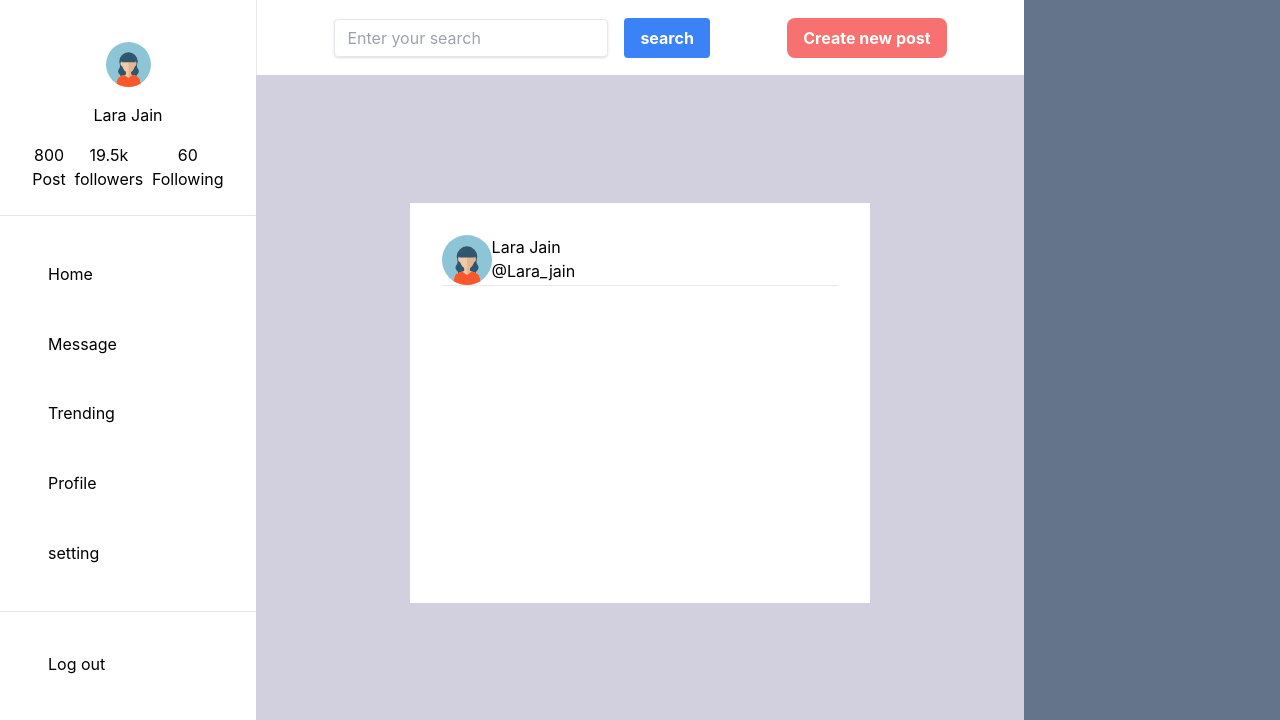
Repository: cosmicswati/upgrad-captions-project
Page: /
The author's editor kept a copy of each file at every save. The page is drawn from the files as they stood at one save, then again after the next save.
The browser window is 1280 px wide. The pictures show the whole page.
The project was rebuilt for these pictures with package versions that can differ from the ones it lists, and the page was loaded fresh each time. Also part of the build but not shown: src/modules/Authorization/Form.jsx, src/modules/Authorization/index.js.

Above is the page before, as saved 2024-04-09 15:22:08.

### src/index.css
@tailwind base;
@tailwind components;
@tailwind utilities;

body {
  margin: 0;
  font-family: -apple-system, BlinkMacSystemFont, 'Segoe UI', 'Roboto', 'Oxygen',
    'Ubuntu', 'Cantarell', 'Fira Sans', 'Droid Sans', 'Helvetica Neue',
    sans-serif;
  -webkit-font-smoothing: antialiased;
  -moz-osx-font-smoothing: grayscale;
}

code {
  font-family: source-code-pro, Menlo, Monaco, Consolas, 'Courier New',
    monospace;
}

.scrollbar-hide::-webkit-scrollbar{
  display: none;
}

### src/App.js
import Auth from "./modules/Authorization";
import Home from "./modules/Home";


function App() {
  return (
    <div>
      {/* <Auth />  */}
      <Home />
    </div>
  );
}

export default App;

### src/modules/Home/index.js
import React from 'react'
import { ReactComponent as Avatar} from '../../assets/Avatar.svg'
import Input from '../../components/Input';
import Button from '../../components/Button';

const Home = () => {
  return (
    <div className='h-screen bg-[#d2cfdf]  flex overflow-hidden'>
        <div className='w-[20%] bg-white flex flex-col'>
            <div className='h-[30%] flex justify-center items-center border-b'>
                <div className='flex flex-col justify-center items-center'>
                    <Avatar width={'45px'} height={'45px'}/>
                    <p className='my-4'>Lara Jain</p>
                    <div className='h-[30px] flex justify-around w-[200px] text-center'>
                        <div className='flex flex-col justify-around items-center'>
                            <h4>800</h4>
                            <p>Post</p>
                        </div>
                        <div>
                            <h4>19.5k</h4>
                            <p>followers</p>
                        </div>
                        <div>
                            <h4>60</h4>
                            <p>Following</p>
                        </div>
                    </div>
                </div>
            </div>
            <div className='h-[55%] flex flex-col justify-evenly pl-12 border-b'>
                    <div>Home</div>
                    <div>Message</div>
                    <div>Trending</div>
                    <div>Profile</div>
                    <div>setting</div>
            </div>
            <div className='h-[15%] pt-10'>
                <div className='ml-12 cursor-pointer'>Log out</div>
            </div>
        </div>
        <div className='w-[60%] overflow-scroll h-full scrollbar-hide'>
            <div className='bg-white h-[75px] border-l flex justify-evenly items-center pt-4'>
                 <div className='flex justify-center items-center'>
                    <Input placeholder='Enter your search '/>
                    <Button label='search'  className='mb-4 ml-4'/>
                 </div>
                 <Button label='Create new post'  className='rounded-lg bg-red-400 hover:bg-red-500 mb-4'/>
            </div>
            <div className='bg-white w-[60%] h-[400px] mx-auto mt-32 p-8'>
                <div className='border-b flex item-center'>
                    <Avatar width={'50px'} height={'50px'} />
                   <div>
                   <h3>Lara Jain</h3>
                    <p>@Lara_jain</p>
                   </div>
                </div>
            </div>
        </div>
        <div className='w-[20%] bg-slate-500'></div>
    </div>
  )
}

export default Home

### src/components/Input/index.js
import React from 'react'

const Input = ({
    name = '',
    label ='',
    type ='',
    placeholder =''
}) => {
  return (
    <div class="mb-4">
        {
          label &&
          <label class="block text-gray-700 text-sm font-bold mb-2" for={name}>
             {label}
          </label>
        }

        <input class="shadow apperance-none border rounded w-full py-2 px-3
         text-gray-700 leading-tight focus:outline-none focus:shadow-outline"
         id={name} type={type} placeholder={placeholder} />

    </div>
  )

}

export default Input

### src/components/Button/index.js
import React from 'react'

const Button = ({
    label ='',
    className =''
}) => {
  return (
    <button className={`bg-blue-500 hover:bg-blue-700 text-white font-bold py-2 px-4 rounded ${className}`}>
      {label}
  </button>
  )
}

export default Button

### tailwind.config.js
/** @type {import('tailwindcss').Config} */
module.exports = {
 mode:'jit',
 purge: [
  './public/**/*.html',
  './src/**/*.{js,jsx,ts,tsx,vue}',
 ],
  content: [
    "./src/**/*.{js,jsx,ts,tsx}",
  ],
  theme: {
    extend: {},
  },
  plugins: [],
}

Loaded but not shown: public/index.html (common file); src/index.js (common file); src/reportWebVitals.js (common file)

After the next save:
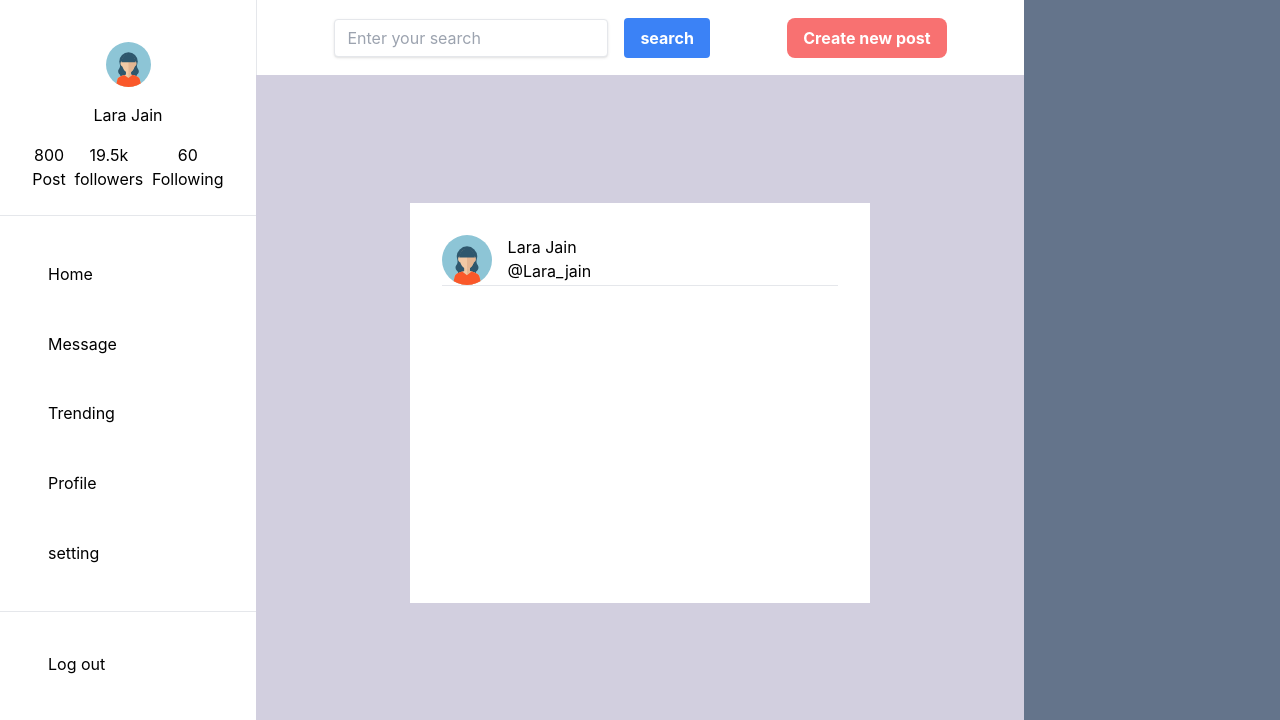
Saved 50 s later.
--- a/src/modules/Home/index.js
+++ b/src/modules/Home/index.js
@@ -49,7 +49,7 @@ const Home = () => {
             <div className='bg-white w-[60%] h-[400px] mx-auto mt-32 p-8'>
                 <div className='border-b flex item-center'>
                     <Avatar width={'50px'} height={'50px'} />
-                   <div>
+                   <div className='ml-4'>
                    <h3>Lara Jain</h3>
                     <p>@Lara_jain</p>
                    </div>
